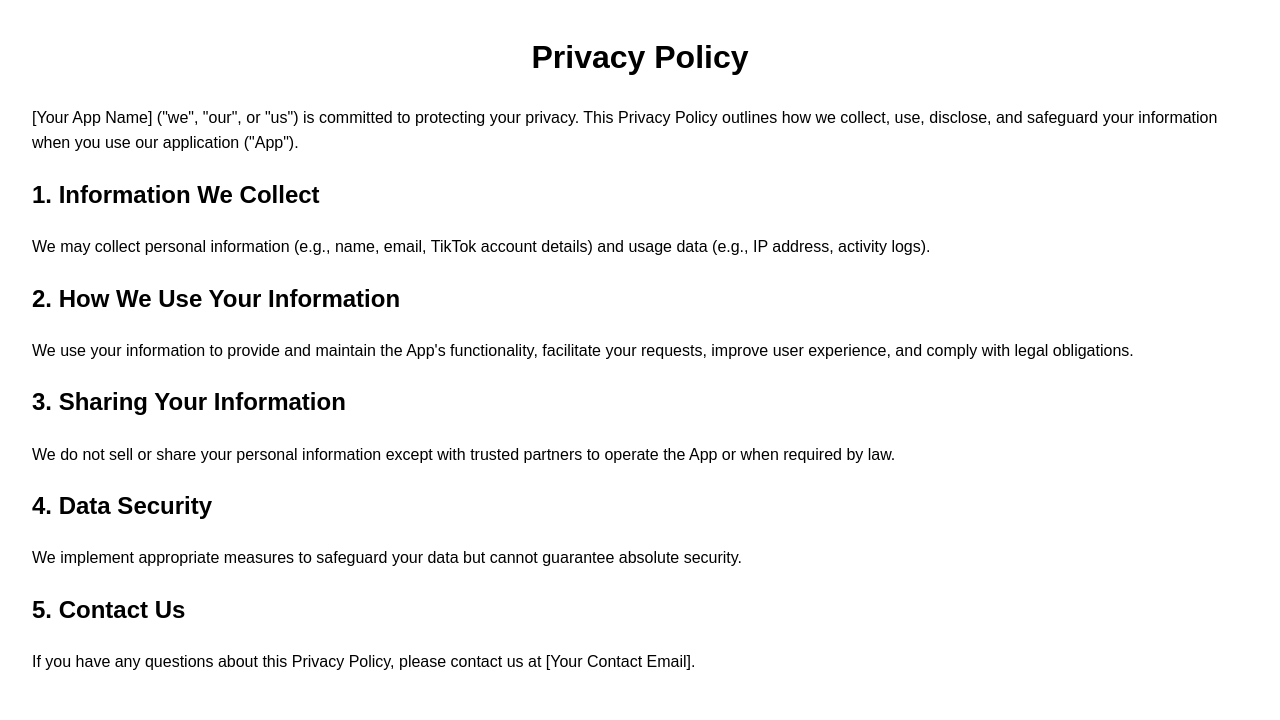
Repository: charlpcronje/tiktikrescue.online
Page: html/privacy-policy.html
An editor plug-in stored every save of this project. The page is shown before and after the next save, followed by the edit.
The browser window is 1280 px wide. The pictures show the whole page.

Above is the page before, as saved 2024-12-27 22:13:43.

### html/privacy-policy.html

<!DOCTYPE html>
<html lang="en">
<head>
    <meta charset="UTF-8">
    <meta name="viewport" content="width=device-width, initial-scale=1.0">
    <title>Privacy Policy</title>
    <style>
        body {
            font-family: Arial, sans-serif;
            background-color: white;
            color: black;
            margin: 2em;
            line-height: 1.6;
        }
        h1 {
            text-align: center;
        }
    </style>
</head>
<body>
    <h1>Privacy Policy</h1>
    <p>[Your App Name] ("we", "our", or "us") is committed to protecting your privacy. This Privacy Policy outlines how we collect, use, disclose, and safeguard your information when you use our application ("App").</p>
    <h2>1. Information We Collect</h2>
    <p>We may collect personal information (e.g., name, email, TikTok account details) and usage data (e.g., IP address, activity logs).</p>
    <h2>2. How We Use Your Information</h2>
    <p>We use your information to provide and maintain the App's functionality, facilitate your requests, improve user experience, and comply with legal obligations.</p>
    <h2>3. Sharing Your Information</h2>
    <p>We do not sell or share your personal information except with trusted partners to operate the App or when required by law.</p>
    <h2>4. Data Security</h2>
    <p>We implement appropriate measures to safeguard your data but cannot guarantee absolute security.</p>
    <h2>5. Contact Us</h2>
    <p>If you have any questions about this Privacy Policy, please contact us at [Your Contact Email].</p>
</body>
</html>

After the next save:
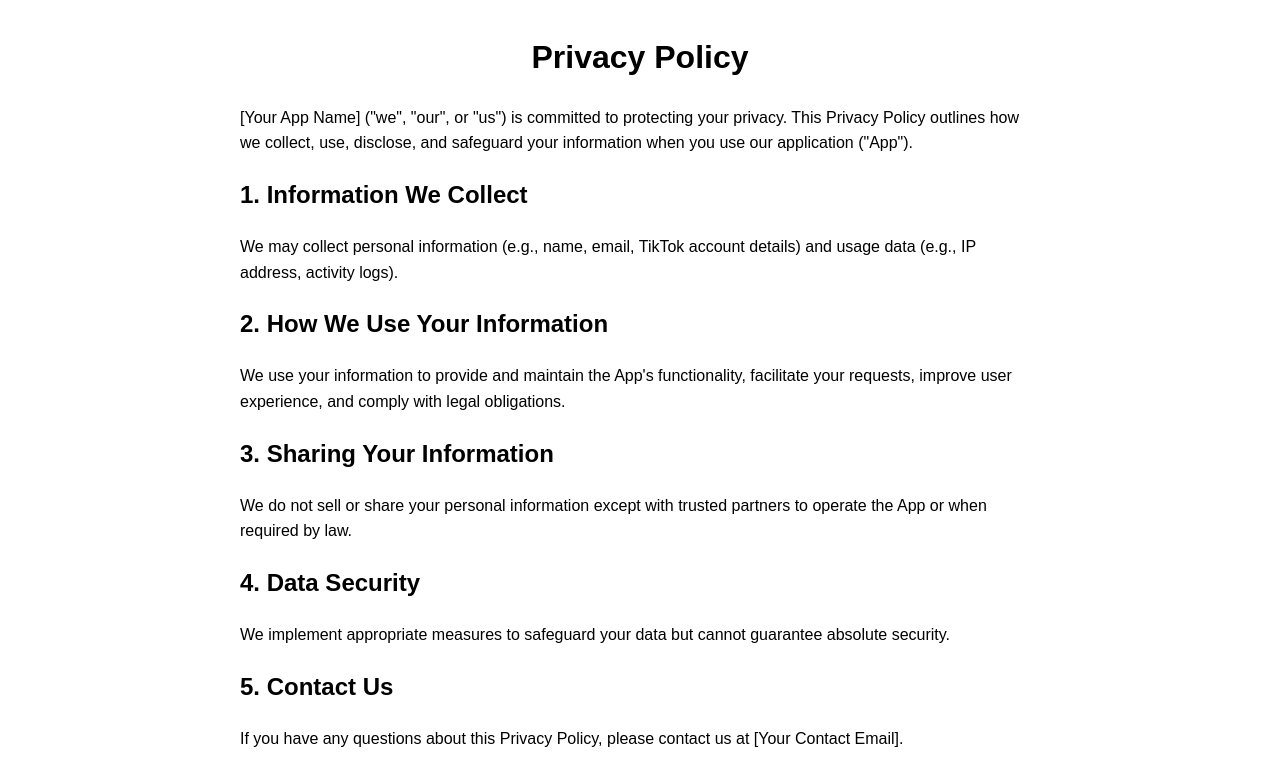
Saved 2 min 14 s later.
--- a/html/privacy-policy.html
+++ b/html/privacy-policy.html
@@ -16,20 +16,26 @@
         h1 {
             text-align: center;
         }
+        .wrapper {
+            max-width: 800px;
+            margin: 0 auto;
+        }
     </style>
 </head>
 <body>
-    <h1>Privacy Policy</h1>
-    <p>[Your App Name] ("we", "our", or "us") is committed to protecting your privacy. This Privacy Policy outlines how we collect, use, disclose, and safeguard your information when you use our application ("App").</p>
-    <h2>1. Information We Collect</h2>
-    <p>We may collect personal information (e.g., name, email, TikTok account details) and usage data (e.g., IP address, activity logs).</p>
-    <h2>2. How We Use Your Information</h2>
-    <p>We use your information to provide and maintain the App's functionality, facilitate your requests, improve user experience, and comply with legal obligations.</p>
-    <h2>3. Sharing Your Information</h2>
-    <p>We do not sell or share your personal information except with trusted partners to operate the App or when required by law.</p>
-    <h2>4. Data Security</h2>
-    <p>We implement appropriate measures to safeguard your data but cannot guarantee absolute security.</p>
-    <h2>5. Contact Us</h2>
-    <p>If you have any questions about this Privacy Policy, please contact us at [Your Contact Email].</p>
+    <div class="wrapper">
+        <h1>Privacy Policy</h1>
+        <p>[Your App Name] ("we", "our", or "us") is committed to protecting your privacy. This Privacy Policy outlines how we collect, use, disclose, and safeguard your information when you use our application ("App").</p>
+        <h2>1. Information We Collect</h2>
+        <p>We may collect personal information (e.g., name, email, TikTok account details) and usage data (e.g., IP address, activity logs).</p>
+        <h2>2. How We Use Your Information</h2>
+        <p>We use your information to provide and maintain the App's functionality, facilitate your requests, improve user experience, and comply with legal obligations.</p>
+        <h2>3. Sharing Your Information</h2>
+        <p>We do not sell or share your personal information except with trusted partners to operate the App or when required by law.</p>
+        <h2>4. Data Security</h2>
+        <p>We implement appropriate measures to safeguard your data but cannot guarantee absolute security.</p>
+        <h2>5. Contact Us</h2>
+        <p>If you have any questions about this Privacy Policy, please contact us at [Your Contact Email].</p>
+    </div>
 </body>
 </html>
